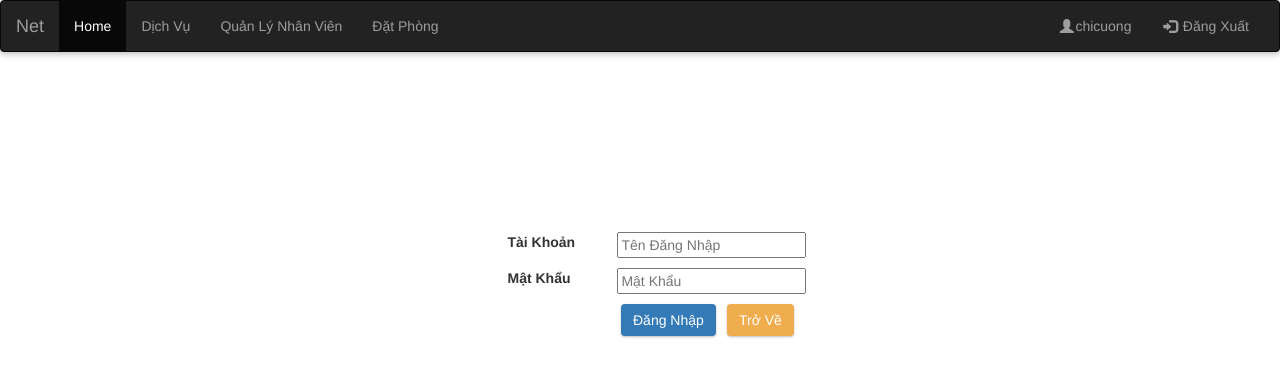
Repository: chickenoken/LuanAn
Page: http://localhost/net/login
These files come from the project's save history. The page is drawn as it stood at one moment and after the next save; the edit follows.
The browser window is 1280 px wide. The pictures show the whole page.
Some web libraries are served in a nearby version. The page is served by Tomcat 9.

Above is the page before, as saved 2019-06-17 11:04:48.

After the next save:
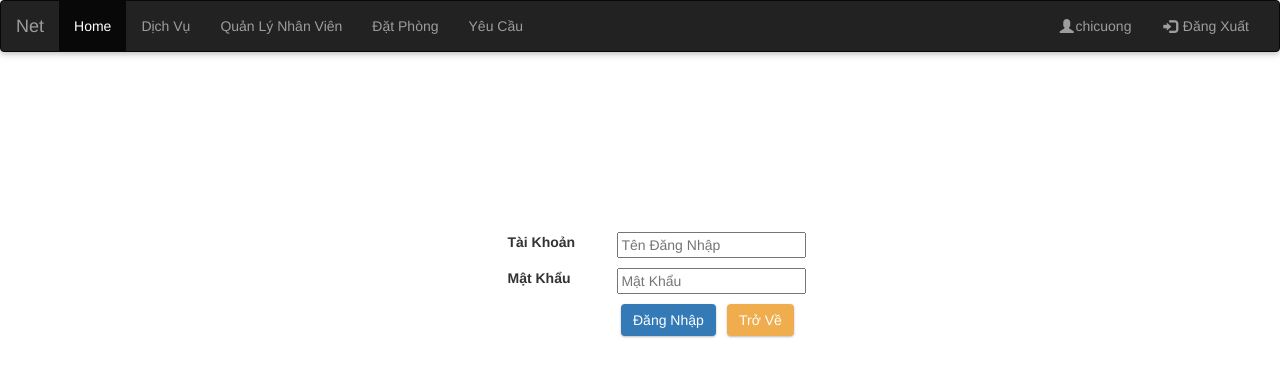
Saved 93 s later.
--- a/net/src/main/webapp/WEB-INF/views/Header.jsp
+++ b/net/src/main/webapp/WEB-INF/views/Header.jsp
@@ -42,6 +42,7 @@ div.hidden
 	        <li> <a href="DichVu">Dịch Vụ</a></li>
 	        <li ng-if="model.hidden.isAdmin"><a href="quanLyNhanVien">Quản Lý Nhân Viên</a></li>
 	        <li ng-if="model.hidden.isAdmin"><a href="quanLyDatPhong">Đặt Phòng</a></li>
+	        <li ng-if="model.hidden.isAdmin"><a href="quanLyDatPhong">Yêu Cầu</a></li>
 	      </ul>
 	      <ul class="nav navbar-nav navbar-right">
 	        <li ng-if="!model.hidden.isSign"><a href="#"><span class="glyphicon glyphicon-user"></span>Đăng Ký</a></li>
